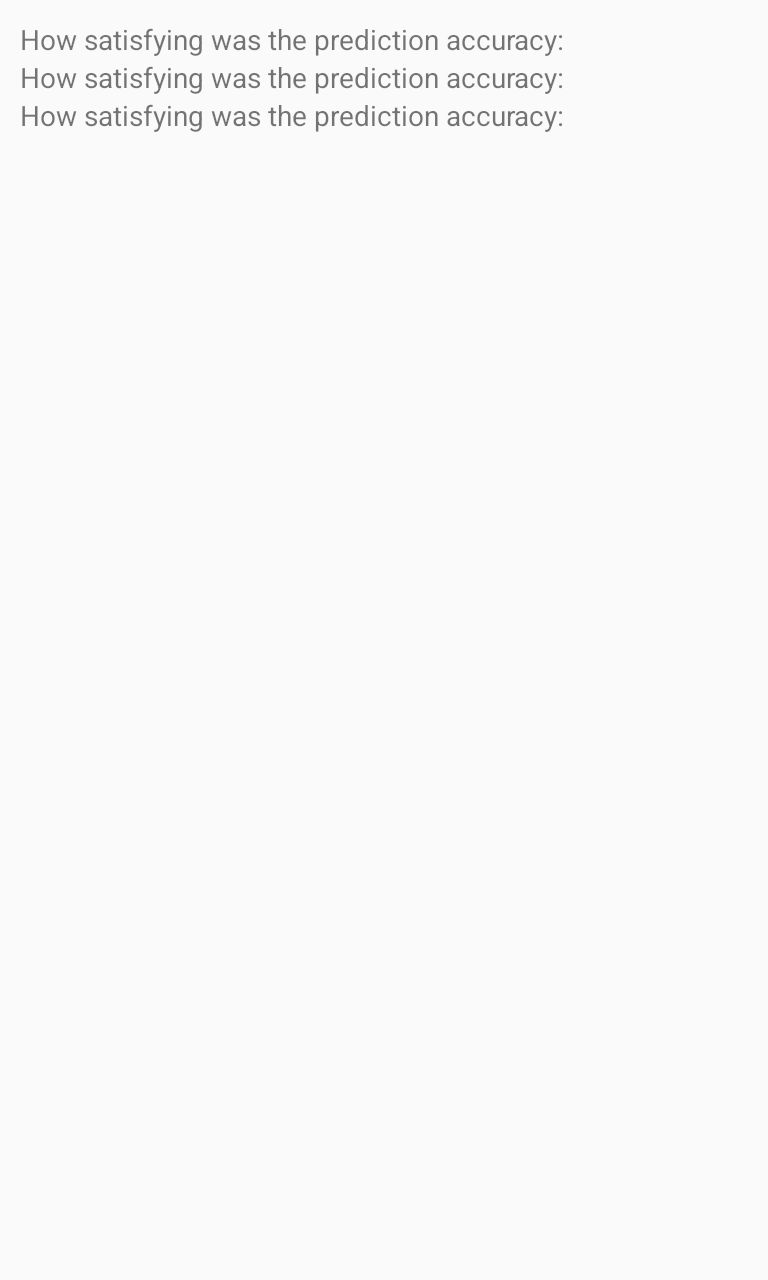
Repository: hessfr/contextRecognition
Layout: androidProjects/ContextRecognition/res/layout/activity_rating.xml
The author's editor kept a copy of each file at every save. The layout is drawn from the files as they stood at one save, then again after the next save.
It is drawn on a 768 x 1280 px phone screen (xhdpi) without system bars, with theme AppTheme; the app's code is not run.

Above is the layout before, as saved 2014-05-30 07:21:07.

After the next save:
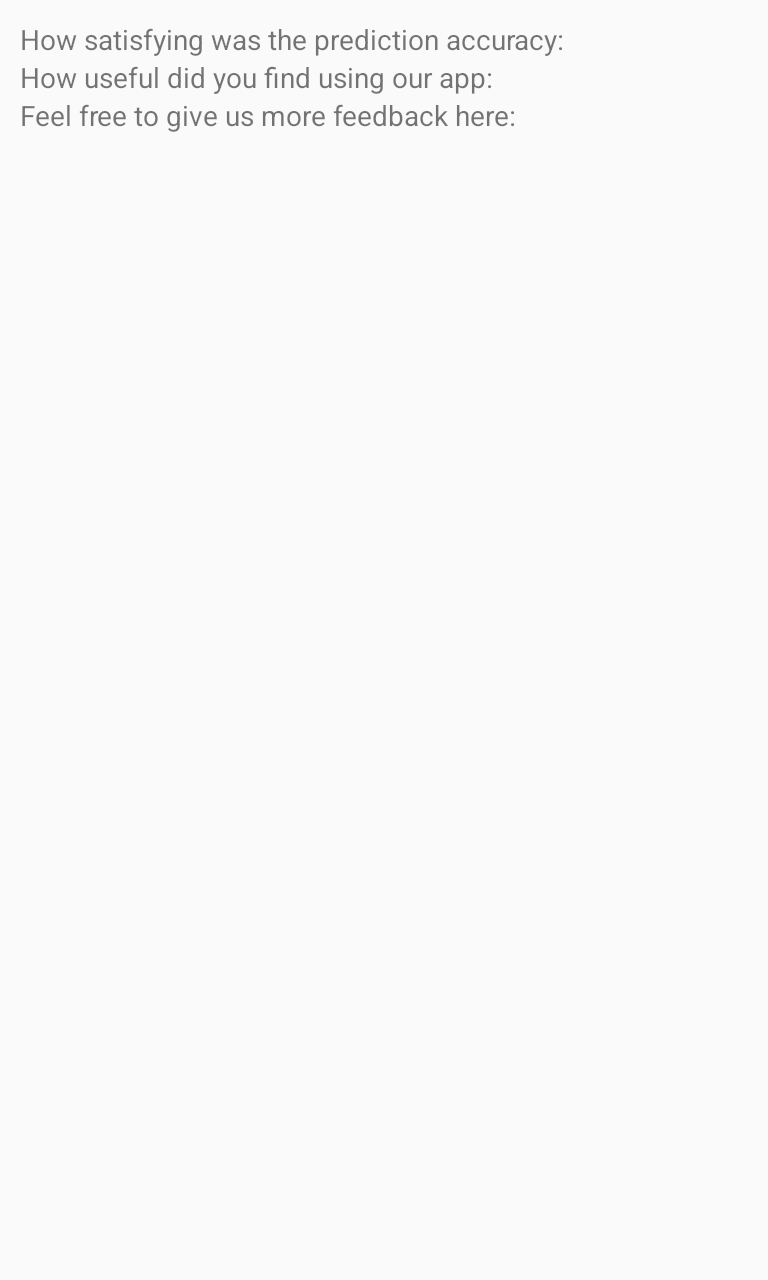
Saved 10 s later.
--- a/androidProjects/ContextRecognition/res/layout/activity_rating.xml
+++ b/androidProjects/ContextRecognition/res/layout/activity_rating.xml
@@ -10,9 +10,9 @@
         android:text="@string/rating_accuracy_satisfaction"/>
     <TextView android:layout_width="fill_parent"
         android:layout_height="wrap_content"
-        android:text="@string/rating_accuracy_satisfaction"/>
+        android:text="@string/rating_useful"/>
     <TextView android:layout_width="fill_parent"
         android:layout_height="wrap_content"
-        android:text="@string/rating_accuracy_satisfaction"/>
+        android:text="@string/rating_free_text"/>
 
 </LinearLayout>
